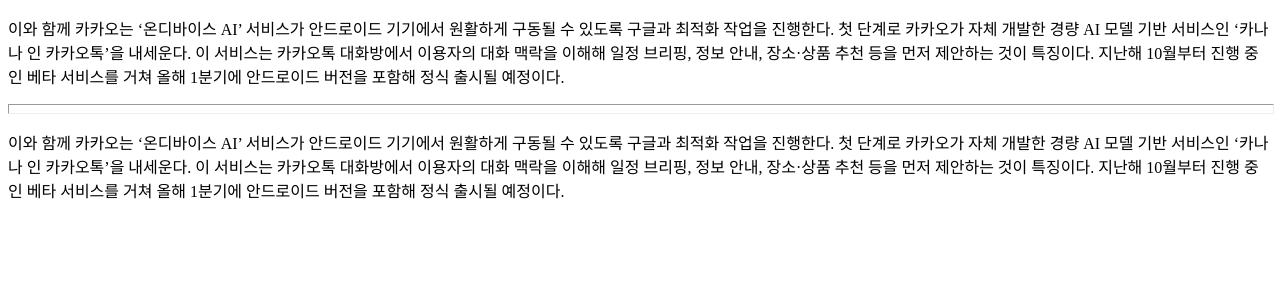
Repository: HongTaeHun337/HTML-CSS-JavaScript-
Page: html/HtmlTest/src/main/webapp/ex08_hr.html
These files come from the project's save history. The page is drawn as it stood at one moment and after the next save; the edit follows.
The browser window is 1280 px wide. The pictures show the whole page.

Above is the page before, as saved 2026-02-13 01:05:36.

### html/HtmlTest/src/main/webapp/ex08_hr.html
<!DOCTYPE html>
<html>
<head>
<meta charset="UTF-8">
<title>Insert title here</title>
</head>
<body>
	<!-- ex08_hr.html -->
	<!--

		<hr> 태그
		- Horizontal Rule, 수평바
		- 문단과 문단을 구분하는 역할
		- 콘텐츠와 콘텐츠를 구분하는 역할
		- 단독태그

		hr 속성
		1. size: 선의 두께
		2. width: 선의 너비
		3. align: 선의

		HTML 속성값의 형태(***)
		1. 숫자형
			- 단위 없음: 픽셀(pixel, 화소) > ? > 화상을 구성하는 최소 단위(단일 색상을 가지는 점 1개) > 절대값
			- 단위 없음: 글꼴 크기
			- 단위 없음: 글자 개수
			- 단위 있음: % > 백분율 > 상대값
				- 부모 태그의 영역을 기준으로 한다.(*************)

		2. 열거형
			- 정해진 속성값 중 하나를 선택

	 -->

	 <p>이와 함께 카카오는 ‘온디바이스 AI’ 서비스가 안드로이드 기기에서 원활하게 구동될 수 있도록 구글과 최적화 작업을 진행한다.
	 첫 단계로 카카오가 자체 개발한 경량 AI 모델 기반 서비스인 ‘카나나 인 카카오톡’을 내세운다. 이 서비스는 카카오톡 대화방에서
	 이용자의 대화 맥락을 이해해 일정 브리핑, 정보 안내, 장소·상품 추천 등을 먼저 제안하는 것이 특징이다.
	 지난해 10월부터 진행 중인 베타 서비스를 거쳐 올해 1분기에 안드로이드 버전을 포함해 정식 출시될 예정이다.</p>

	 <hr size = "10" width = "100%" align = "right">

	 <p>이와 함께 카카오는 ‘온디바이스 AI’ 서비스가 안드로이드 기기에서 원활하게 구동될 수 있도록 구글과 최적화 작업을 진행한다.
	 첫 단계로 카카오가 자체 개발한 경량 AI 모델 기반 서비스인 ‘카나나 인 카카오톡’을 내세운다. 이 서비스는 카카오톡 대화방에서
	 이용자의 대화 맥락을 이해해 일정 브리핑, 정보 안내, 장소·상품 추천 등을 먼저 제안하는 것이 특징이다.
	 지난해 10월부터 진행 중인 베타 서비스를 거쳐 올해 1분기에 안드로이드 버전을 포함해 정식 출시될 예정이다.</p>


</body>
</html>

After the next save:
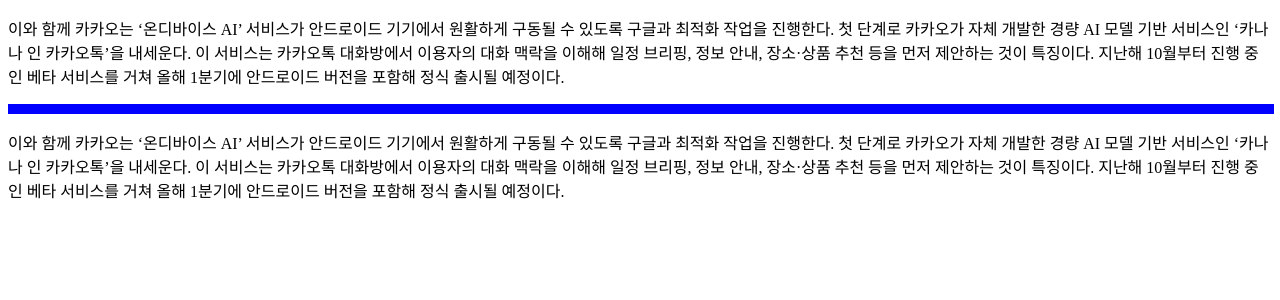
Saved 93 s later.
--- a/html/HtmlTest/src/main/webapp/ex08_hr.html
+++ b/html/HtmlTest/src/main/webapp/ex08_hr.html
@@ -17,7 +17,8 @@
 		hr 속성
 		1. size: 선의 두께
 		2. width: 선의 너비
-		3. align: 선의
+		3. align: 선의 수평 정렬
+		4. color: 선의 색상
 
 		HTML 속성값의 형태(***)
 		1. 숫자형
@@ -29,6 +30,8 @@
 
 		2. 열거형
 			- 정해진 속성값 중 하나를 선택
+		3. 색상
+			- 색상명 or RGB
 
 	 -->
 
@@ -37,7 +40,7 @@
 	 이용자의 대화 맥락을 이해해 일정 브리핑, 정보 안내, 장소·상품 추천 등을 먼저 제안하는 것이 특징이다.
 	 지난해 10월부터 진행 중인 베타 서비스를 거쳐 올해 1분기에 안드로이드 버전을 포함해 정식 출시될 예정이다.</p>
 
-	 <hr size = "10" width = "100%" align = "right">
+	 <hr size = "10" width = "100%" align = "right" color = "blue">
 
 	 <p>이와 함께 카카오는 ‘온디바이스 AI’ 서비스가 안드로이드 기기에서 원활하게 구동될 수 있도록 구글과 최적화 작업을 진행한다.
 	 첫 단계로 카카오가 자체 개발한 경량 AI 모델 기반 서비스인 ‘카나나 인 카카오톡’을 내세운다. 이 서비스는 카카오톡 대화방에서
